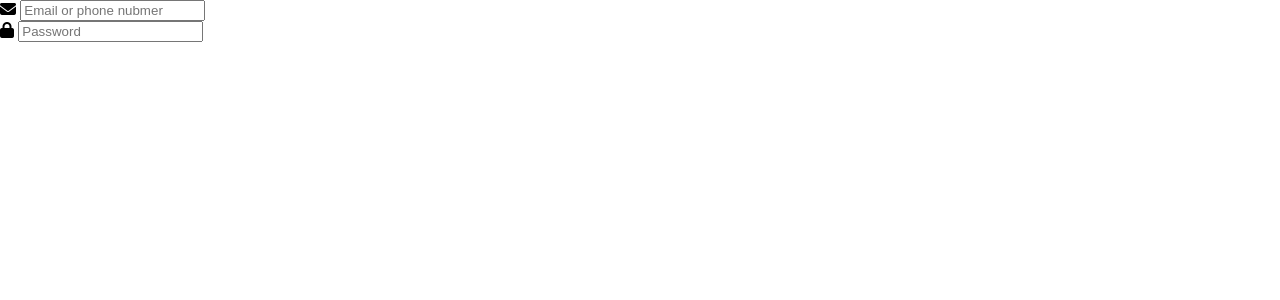
Repository: haphuocsang1801/github-group4
Page: login.html
The author's editor kept a copy of each file at every save. The page is drawn from the files as they stood at one save, then again after a run of saves.
The browser window is 1280 px wide. The pictures show the whole page.
Some web libraries are served in a nearby version. The style sheet was rebuilt from its Sass, Less or Tailwind sources for each picture, by a compiler version that may differ from the author's.

Above is the page before, as saved 2021-09-17 18:37:12.

After the next 2 saves:
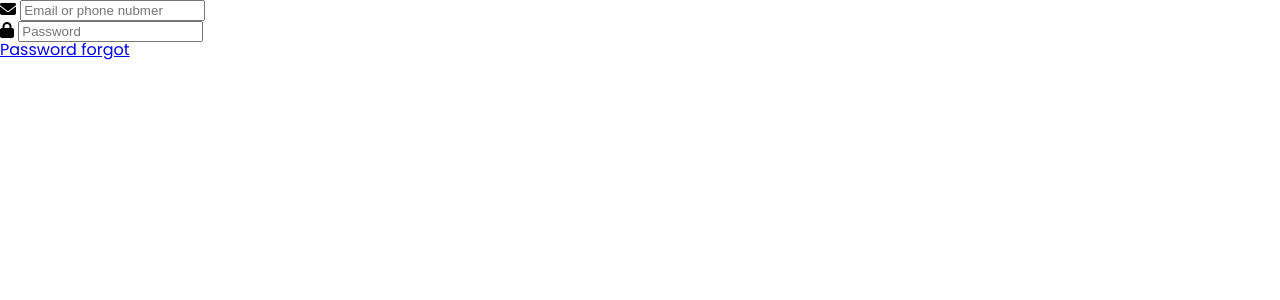
The 2 saves are shown as one change because they came seconds apart.
The last was saved 9 s later.
--- a/login.html
+++ b/login.html
@@ -28,7 +28,7 @@
         </i>
         <input type="password" class="login-input" placeholder="Password">
       </div>
-      <a href="#" class="login-forgot-password"></a>
+      <a href="#" class="login-forgot-password">Password forgot</a>
     </div>
   </body>
 </html>
